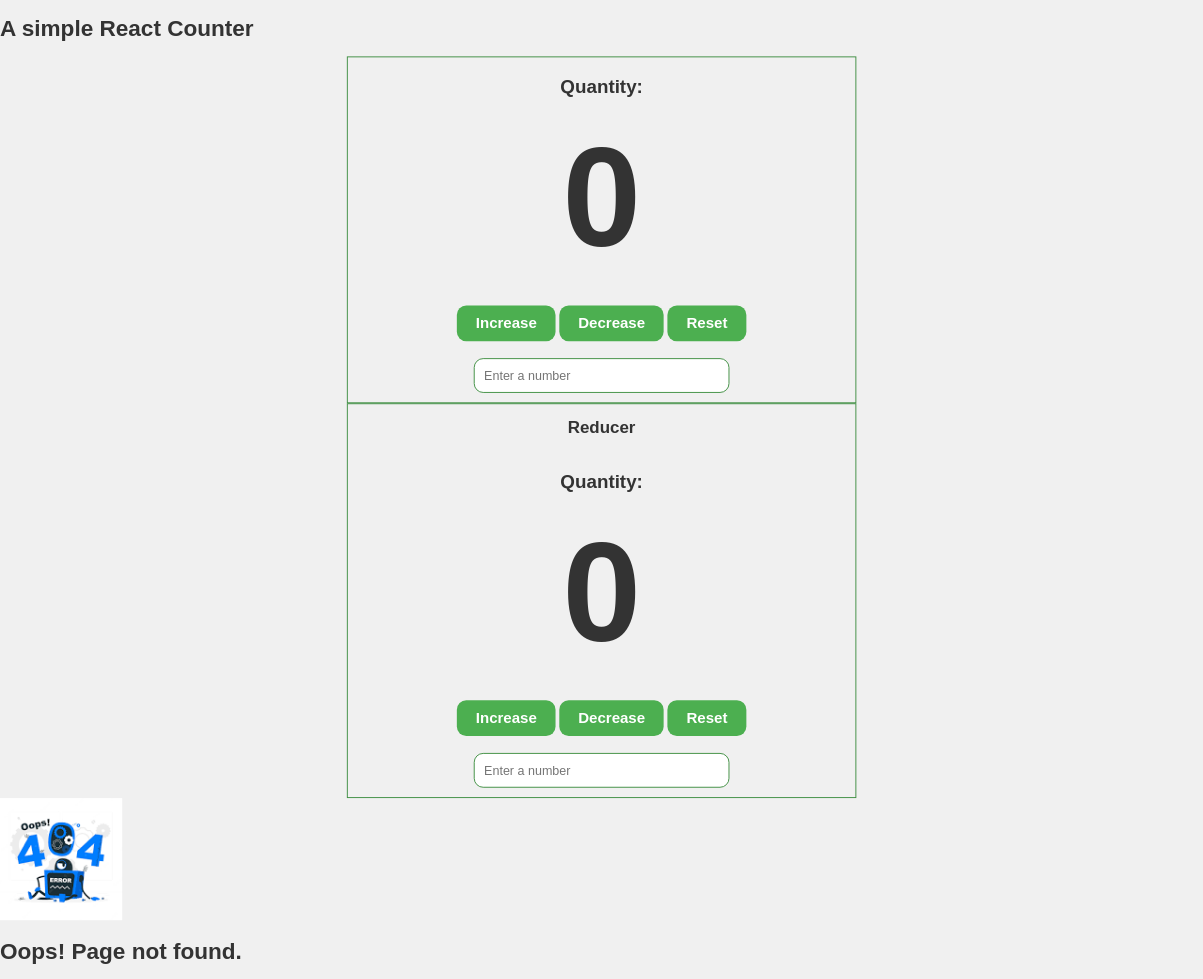
Repository: qudos4real/altschool-second-sem
Page: /
An editor plug-in stored every save of this project. The page is shown before and after the next save, followed by the edit.
The browser window is 1280 px wide. The pictures show the whole page, at 94% of full size.
The project was rebuilt for these pictures with package versions that can differ from the ones it lists, and the page was loaded fresh each time. Also part of the build but not shown: src/App.css, src/Components/ErrorBoundary.js.

Above is the page before, as saved 2022-11-04 15:44:21.

### src/App.js
import React from 'react';
import Counter from './Components/Counter';
import './App.css';
import Reducer from './Components/Reducer';
import Home from './Components/Home';
import NotFound from './Components/NotFound';
import ErrorBoundary from './Components/ErrorBoundary';
import { BrowserRouter as Router, Route, Routes, Link } from 'react-router-dom';



function App() {
  return (
    <>
    <Home />
    <Counter />
    <Reducer />
    <NotFound />
    <ErrorBoundary />

    </>

    // <Router>
    //   <ErrorBoundary >
    //   <nav>
    //     <Link to="/">Home</Link>
    //     <Link to="counter">Counter</Link>
    //     <Link to="reducer">Reducer</Link>
    //     <Link to="ErrorBoundary">ErrorBoundary</Link>
    //     </nav>
    //   <Routes>
    //     <Route path="/" element={<Home />} />
    //     <Route path="/counter" element={<Counter />} />
    //     <Route path="/reducer" element={<Reducer />} />
    //     <Route path="ErrorBoundary" element={<ErrorBoundary />} />
    //     <Route path="*" element={<NotFound />} />
    //   </Routes>
    //   </ErrorBoundary>
    // </Router>
  )
}

export default App

### src/Components/Counter.js
import React from "react";
import { useCounter } from "../hooks/useCounter";
import "../CSS/Counter.css";

function Counter() {
  const quantity = useCounter(0);
  return (
    <div className="container">
      <h3 className="label ">Quantity: </h3>
      <h3 className="value ">{quantity.count} </h3>
      <br />
      <div>
        <button className="btn " onClick={quantity.increment}>
          Increase
        </button>
        <button className="btn " onClick={quantity.decrement}>
          Decrease
        </button>
        <button className="btn " onClick={quantity.reset}>
          Reset
        </button>
      </div>
      <br />
      <input placeholder="Enter a number" className="input "
        type="number"
        onChange={(e) => quantity.setValue(e.target.value)}
      />
    </div>
  );
}

export default Counter;

### src/Components/Reducer.js
import React from "react";
import { useReducer } from "react";
import { reducer } from "../hooks/reducer.1";
import "../CSS/Counter.css"

function Reducer() {
  const [state, dispatch] = useReducer(reducer, { count: 0 });
  return (
    <div className="container">
      <h2>Reducer</h2>

      <h3 className="label "> Quantity: </h3>
      <h3 className="value ">{state.count}</h3>
      <br />
      <div>
      <button className="btn " onClick={() => dispatch({ type: "increment" })}>Increase</button>
      <button className="btn " onClick={() => dispatch({ type: "decrement" })}>Decrease</button>
      <button className="btn " onClick={() => dispatch({ type: "reset" })}>Reset</button>
      </div>
      <br />
      <input
        type="number" placeholder="Enter a number" className="input "
        onMouseLeave={(e) => dispatch({ type: "setValue", value: e.target.value })}
      />
    </div>
  );
}

export default Reducer;

### src/Components/Home.js
import React from "react";
import { Outlet } from "react-router-dom";

function Home() {
  return (
    <div>
      <h1>A simple React Counter</h1>
        <Outlet />

    </div>
  );
}

export default Home;

### src/Components/NotFound.js
import React from 'react'
import image from '../img/404.png'

const NotFound = () => {
    return (
        <div>
            <img src={image} alt="" />
            <h1>
            Oops! Page not found.
            </h1>
        </div>
    )
}

export default NotFound

### src/hooks/useCounter.js
import { useState } from "react";

export const useCounter = (initialValue) => {
    const [count, setCount] = useState(initialValue);
    const increment = () => {
        setCount(count + 1);
    };
    const decrement = () => {
        count > 0 && setCount(count - 1);
    };
    const reset = () => {
        setCount(initialValue);
    };
    const setValue = (value) => {
        setCount(value);
    };
    return { count, increment, decrement, reset, setValue };
};

### src/CSS/Counter.css
body {
    background-color: #f0f0f0;
    font-family: Arial, Helvetica, sans-serif;
    font-size: 12px;
    color: #333;
    margin: 0;
    padding: 0;
    box-sizing: border-box;
}
.container{
    width: 50%;
    max-width: 500px;
    margin: 0 auto;
    padding: 0 20px;
    display: flex;
    justify-content: center;
    align-items: center;
    flex-direction: column;
    border: 1px solid #3e8e41;
    }

.btn {
    background-color: #4CAF50;
    border: none;
    color: white;
    padding: 10px 20px;
    text-align: center;
    text-decoration: none;
    display: inline-block;
    font-size: 16px;
    margin: 4px 2px;
    cursor: pointer;
    border-radius: 10px;
    font-weight: bold;
}
.btn:hover {
    background-color: #3e8e41;
}
.input{
    width: 50%;
    max-width: 500px;
    padding: 10px;
    border: 1px solid #3e8e41;
    border-radius: 10px;
    margin-bottom: 10px;
}
.label{
    font-size: 20px;
    font-weight: bold;
    margin-bottom: 10px;

}
.value{
    font-size: 150px;
    font-weight: bold;
    margin-bottom: 10px;
    margin-top: 10px;

    }

### src/hooks/reducer.1.js
export function reducer(state, action) {
    switch (action.type) {
        case "increment":
            return { count: state.count + 1 };
        case "decrement":
            return { count: state.count - 1 };
        case "reset":
            return { count: 0 };
        case "setValue":
            return { count: action.value };
        default:
            return state;
    }
}

Loaded but not shown: public/index.html (common file); src/index.js (common file); src/index.css (common file); src/reportWebVitals.js (common file)

After the next save:
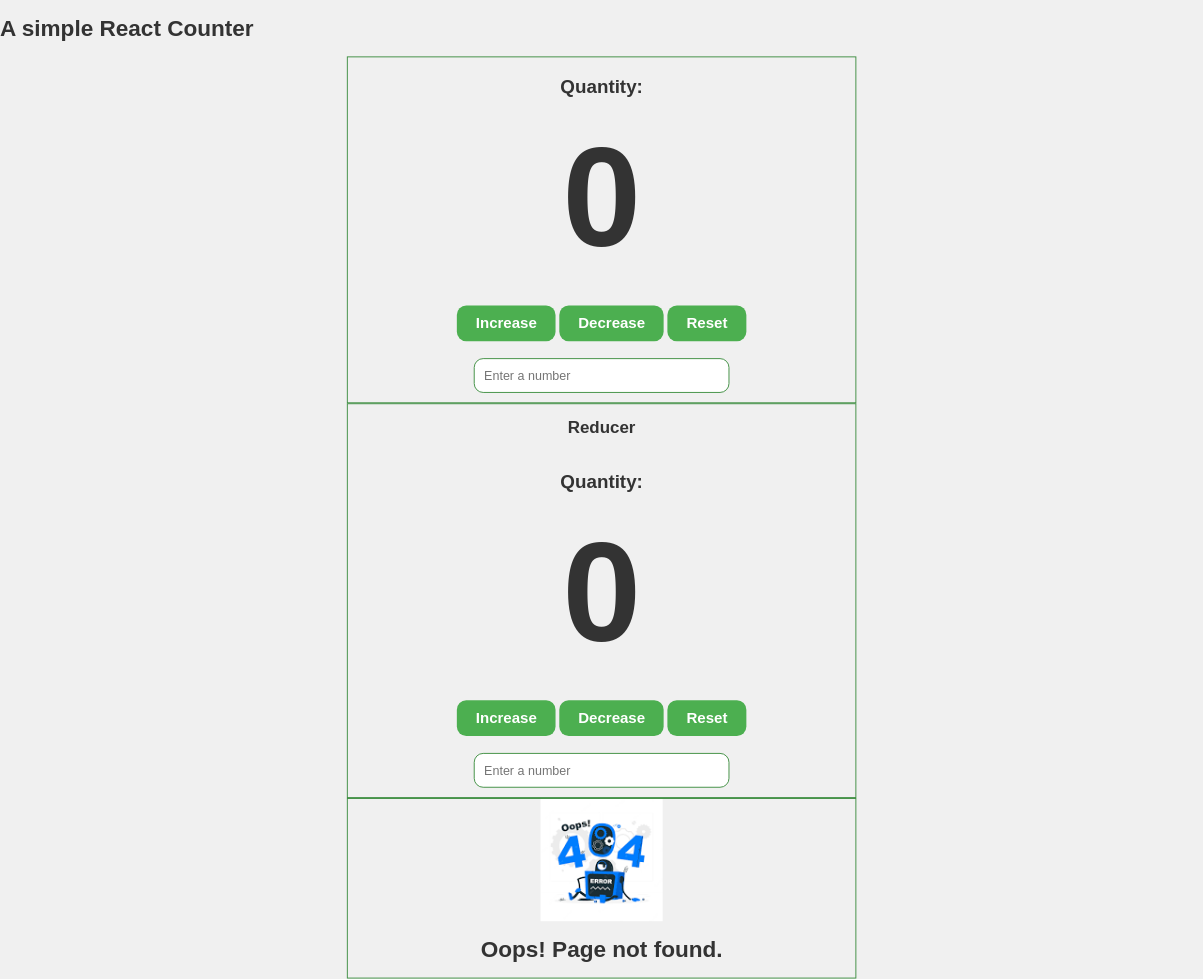
Saved 20 s later.
--- a/src/Components/NotFound.js
+++ b/src/Components/NotFound.js
@@ -3,7 +3,7 @@ import image from '../img/404.png'
 
 const NotFound = () => {
     return (
-        <div>
+        <div className='container'>
             <img src={image} alt="" />
             <h1>
             Oops! Page not found.
